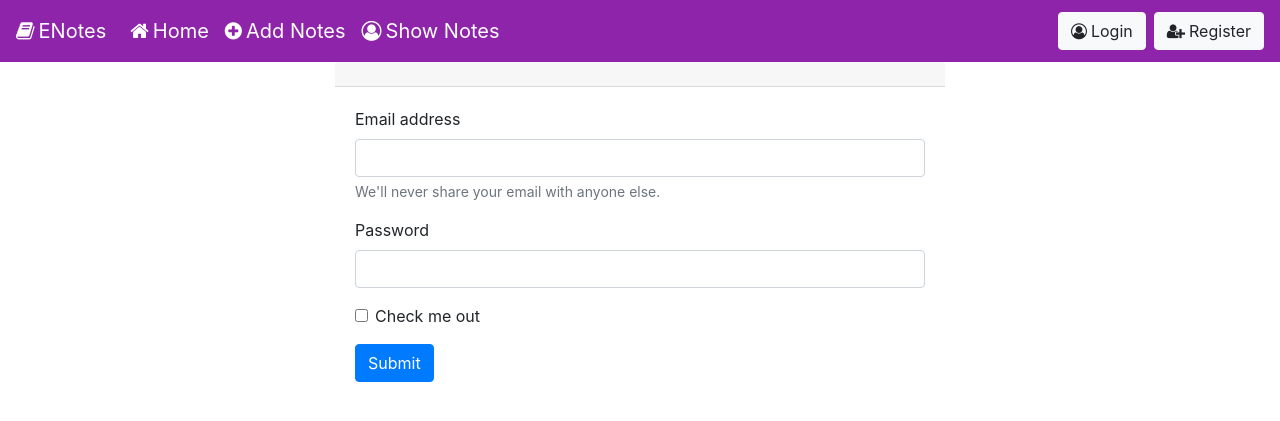
Repository: Bansal140899/eclipse-workspace
Page: http://localhost/ENotesProject/register.jsp
An editor plug-in stored every save of this project. The page is shown before and after the next save, followed by the edit.
The browser window is 1280 px wide. The pictures show the whole page.
The page is served by Tomcat 9. Other server files are loaded and not shown.

Above is the page before, as saved 2025-12-21 21:49:06.

### ENotesProject/src/main/webapp/register.jsp
<%@ page language="java" contentType="text/html; charset=UTF-8"
	pageEncoding="UTF-8"%>
<!DOCTYPE html PUBLIC "-//W3C//DTD HTML 4.01 Transitional//EN" "http://www.w3.org/TR/html4/loose.dtd">
<html>
<head>
<meta http-equiv="Content-Type" content="text/html; charset=UTF-8">
<title>Register Page</title>
</head>
<body>
	<%@include file="All_Component/allcss.jsp"%>
	<%@include file="All_Component/navbar.jsp"%>
	<div class="container-fluid">
		<div class="row">
			<div class="col-md-6 offset-md-3">


				<div class="card-header"></div>
				<div class="card-body">
				<form>
					<div class="form-group">
						<label for="exampleInputEmail1">Email address</label> <input
							type="email" class="form-control" id="exampleInputEmail1"
							aria-describedby="emailHelp"> <small id="emailHelp"
							class="form-text text-muted">We'll never share your email
							with anyone else.</small>
					</div>
					<div class="form-group">
						<label for="exampleInputPassword1">Password</label> <input
							type="password" class="form-control" id="exampleInputPassword1">
					</div>
					<div class="form-group form-check">
						<input type="checkbox" class="form-check-input" id="exampleCheck1">
						<label class="form-check-label" for="exampleCheck1">Check
							me out</label>
					</div>
					<button type="submit" class="btn btn-primary">Submit</button>
				</form>


				</div>

			</div>

		</div>


	</div>
</body>
</html>

### ENotesProject/src/main/webapp/All_Component/allcss.jsp
<link rel="stylesheet"
	href="https://cdn.jsdelivr.net/npm/bootstrap@4.6.2/dist/css/bootstrap.min.css"
	integrity="sha384-xOolHFLEh07PJGoPkLv1IbcEPTNtaed2xpHsD9ESMhqIYd0nLMwNLD69Npy4HI+N"
	crossorigin="anonymous">

<link rel="stylesheet"
	href="https://cdnjs.cloudflare.com/ajax/libs/font-awesome/4.7.0/css/font-awesome.min.css">
<link rel="stylesheet" href="css/style.css">

<script
	src="https://cdn.jsdelivr.net/npm/jquery@3.5.1/dist/jquery.slim.min.js"
	integrity="sha384-DfXdz2htPH0lsSSs5nCTpuj/zy4C+OGpamoFVy38MVBnE+IbbVYUew+OrCXaRkfj"
	crossorigin="anonymous"></script>
<script
	src="https://cdn.jsdelivr.net/npm/popper.js@1.16.1/dist/umd/popper.min.js"
	integrity="sha384-9/reFTGAW83EW2RDu2S0VKaIzap3H66lZH81PoYlFhbGU+6BZp6G7niu735Sk7lN"
	crossorigin="anonymous"></script>
<script
	src="https://cdn.jsdelivr.net/npm/bootstrap@4.6.2/dist/js/bootstrap.min.js"
	integrity="sha384-+sLIOodYLS7CIrQpBjl+C7nPvqq+FbNUBDunl/OZv93DB7Ln/533i8e/mZXLi/P+"
	crossorigin="anonymous"></script>

### ENotesProject/src/main/webapp/All_Component/navbar.jsp
<nav class="navbar navbar-expand-lg navbar-dark bg-custom navbar-custom">
  <a class="navbar-brand" href="#"><i class="fa fa-book mr-1" aria-hidden="true"></i>ENotes</a>
  <button class="navbar-toggler" type="button" data-toggle="collapse" data-target="#navbarSupportedContent" aria-controls="navbarSupportedContent" aria-expanded="false" aria-label="Toggle navigation">
    <span class="navbar-toggler-icon"></span>
  </button>

  <div class="collapse navbar-collapse" id="navbarSupportedContent">
    <ul class="navbar-nav mr-auto">
      <li class="nav-item active">
        <a class="nav-link" href="#"><i class="fa fa-home mr-1" aria-hidden="true"></i>Home <span class="sr-only">(current)</span></a>
      </li>
      <li class="nav-item">
        <a class="nav-link" href="#"><i class="fa fa-plus-circle mr-1" aria-hidden="true"></i>Add Notes</a>
      </li>

      <li class="nav-item">
        <a class="nav-link"><i class="fa fa-user-circle-o mr-1" aria-hidden="true"></i>Show Notes</a>
      </li>
    </ul>

      <button class="btn btn-light my-2 my-sm-0 mr-2" type="submit"><i class="fa fa-user-circle-o mr-1" aria-hidden="true"></i>Login</a>
      <button class="btn btn-light my-2 my-sm-0" type="submit"><i class="fa fa-user-plus mr-1" aria-hidden="true"></i>Register</a>

  </div>
</nav>

### ENotesProject/src/main/webapp/css/style.css
.bg-custom{
	background:#8e24aa;
}
.navbar .nav-item .nav-link{
	font-size:20px;
	color:white;
}

.navbar-custom .nav-item:hover .nav-link{
	background:white;
	color:black;
    border-radius:10px;
}

After the next save:
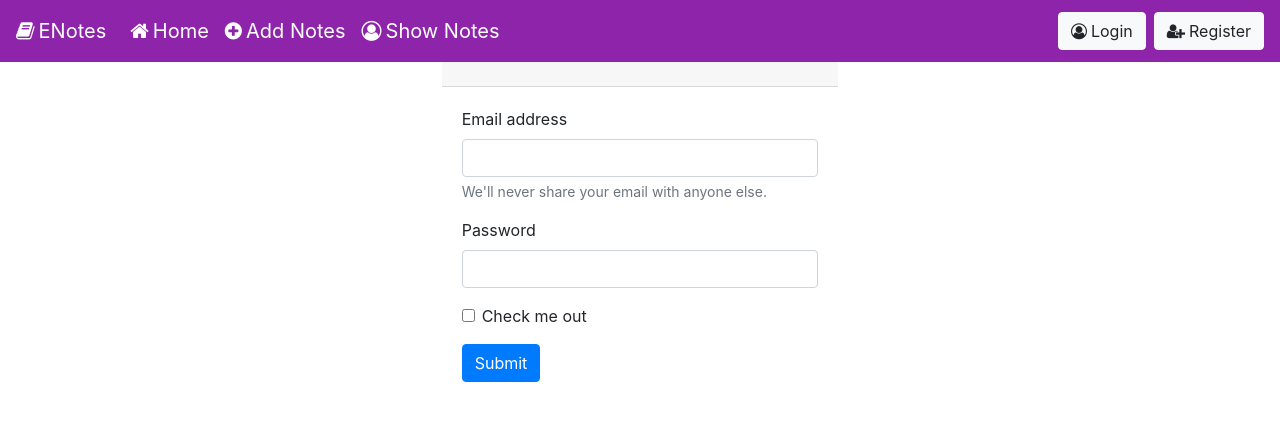
Saved 5 min 3 s later.
--- a/ENotesProject/src/main/webapp/register.jsp
+++ b/ENotesProject/src/main/webapp/register.jsp
@@ -11,7 +11,7 @@
 	<%@include file="All_Component/navbar.jsp"%>
 	<div class="container-fluid">
 		<div class="row">
-			<div class="col-md-6 offset-md-3">
+			<div class="col-md-4 offset-md-4">
 
 
 				<div class="card-header"></div>
